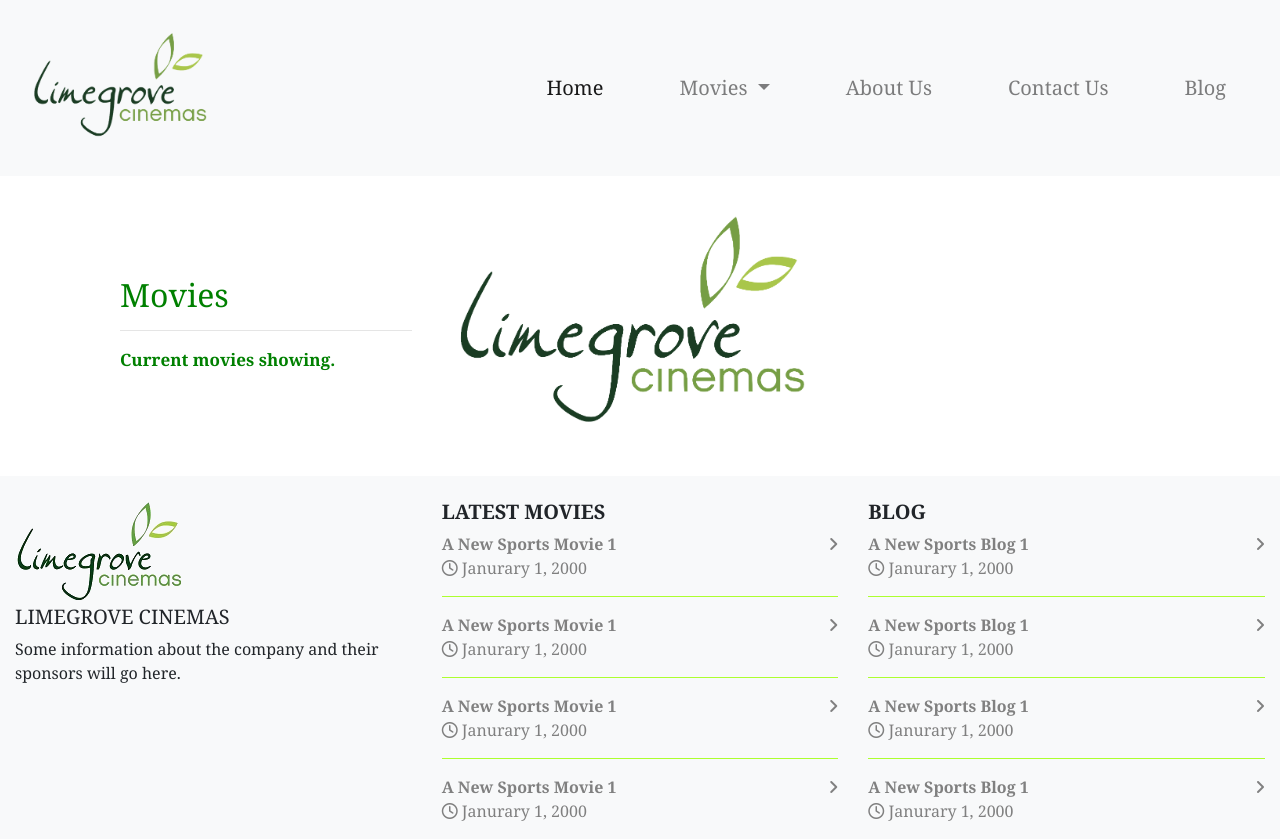
Repository: SimplyZacc/movie-web-template
Page: http://localhost/movie.php
An editor plug-in stored every save of this project. The page is shown before and after the next save, followed by the edit.
The browser window is 1280 px wide. The pictures show the whole page.
Some web libraries are served in a nearby version. The page is run by PHP 8.4 with error messages shown; the project is at /var/www/html/.

Above is the page before, as saved 2020-03-31 13:09:58.

### movie.php
<?php
//set page vars
$title = "Blog";
//include page header
include "templates/header.php";
?>

<div class="container">
    <div class="row">
        <div class="contact-head">
            <div class="contact-head-body">
                <h2>Movies</h2>
                <hr>
                <p>Current movies showing.</p>
            </div>
        </div>
    </div>

    <div class="row">

    </div>
</div>
<?php include "templates/footer.php"; ?>

### templates/header.php
<?php
session_start();
?>
<!DOCTYPE html>
<html lang="en">

<head>
    <meta charset="UTF-8">
    <meta name="viewport" content="width=device-width, initial-scale=1.0">

    <title>
        <?php
        $default_header = "Limegrove Cinemas";
        if (isset($title)) {
            echo "Limegrove Cinemas - " . $title;
        } else {
            echo $default_header;
        }
        ?>
    </title>

    <!-- CSS -->
    <link rel="stylesheet" href="https://stackpath.bootstrapcdn.com/bootstrap/4.4.1/css/bootstrap.min.css" integrity="sha384-Vkoo8x4CGsO3+Hhxv8T/Q5PaXtkKtu6ug5TOeNV6gBiFeWPGFN9MuhOf23Q9Ifjh" crossorigin="anonymous">
    <link rel="stylesheet" href="assets/css/styles.css">
    <link rel="stylesheet" href="movie-web-template/assets/css/styles.css">

    <!-- JavaScript -->
    <script src="https://code.jquery.com/jquery-3.4.1.slim.min.js" integrity="sha384-J6qa4849blE2+poT4WnyKhv5vZF5SrPo0iEjwBvKU7imGFAV0wwj1yYfoRSJoZ+n" crossorigin="anonymous"></script>
    <script src="https://cdn.jsdelivr.net/npm/popper.js@1.16.0/dist/umd/popper.min.js" integrity="sha384-Q6E9RHvbIyZFJoft+2mJbHaEWldlvI9IOYy5n3zV9zzTtmI3UksdQRVvoxMfooAo" crossorigin="anonymous"></script>
    <script src="https://stackpath.bootstrapcdn.com/bootstrap/4.4.1/js/bootstrap.min.js" integrity="sha384-wfSDF2E50Y2D1uUdj0O3uMBJnjuUD4Ih7YwaYd1iqfktj0Uod8GCExl3Og8ifwB6" crossorigin="anonymous"></script>
    <script src="https://kit.fontawesome.com/e9662c41f5.js" crossorigin="anonymous"></script>

</head>

<body>

    <nav class="navbar navbar-expand-lg navbar-light bg-light">
        <button class="navbar-toggler" type="button" data-toggle="collapse" data-target="#navbarSupportedContent" aria-controls="navbarSupportedContent" aria-expanded="false" aria-label="Toggle navigation">
            <i class="fas fa-bars"></i>
        </button>

        <div class="collapse navbar-collapse" id="navbarSupportedContent">
            <ul class="navbar-nav mr-auto">
                <a class="navbar-brand" href="index.php"><img src="assets/images/lgcgreenlogo.png" alt="Cinema Logo" style="width: auto;height: 150px"></a>

            </ul>

            <ul class="navbar-nav navbar-right">

                <li class="nav-item active p-r-10">
                    <a class="nav-link" href="index.php">Home <span class="sr-only">(current)</span></a>
                </li>
                <li class="nav-item dropdown p-r-10">
                    <a class="nav-link dropdown-toggle" href="movie.php" id="navbarDropdown" role="button" data-toggle="dropdown" aria-haspopup="true" aria-expanded="false">
                        Movies
                    </a>
                    <div class="dropdown-menu" aria-labelledby="navbarDropdown">
                        <a class="dropdown-item" href="movie.php">Popular</a>
                        <a class="dropdown-item disabled" href="#">Recently Added</a>
                        <a class="dropdown-item disabled" href="#">Soon Added</a>
                    </div>
                </li>

                <li class="nav-item ">
                    <a class="nav-link" href="aboutus.php">About Us</a>
                </li>

                <li class="nav-item p-r-10">
                    <a class="nav-link" href="contactus.php">Contact Us</a>
                </li>

                <li class="nav-item p-r-10">
                    <a class="nav-link" href="blog.php">Blog</a>
                </li>
            </ul>

        </div>
    </nav>

### templates/footer.php
<footer class="page-footer font-small pt-4 bg-light">

    <div class="container-fluid text-center text-md-left">

        <div class="row">

            <div class="col-md-4 mt-md-0 mt-3">

                <img src="assets/images/lg-nbg.png" alt="">
                <h5 class="text-uppercase">Limegrove Cinemas</h5>
                <p style="height: 100px">Some information about the company and their sponsors will go here.</p>

            </div>

            <hr class="clearfix w-100 d-md-none pb-3">

            <div class="col-md-4 mb-md-0 mb-3">

                <h5 class="text-uppercase bold">Latest Movies</h5>

                <ul class="list-unstyled grey">
                    <li>
                        <a href="#" class="footer-link">A New Sports Movie 1 <span style="float: right"><i class="fas fa-angle-right"></i></span></a>
                        <br>
                        <p><i class="far fa-clock"></i> Janurary 1, 2000</p>
                    </li>
                    <hr style="border-color: greenyellow;">
                    <li>
                        <a href="#" class="footer-link">A New Sports Movie 1 <span style="float: right"><i class="fas fa-angle-right"></i></span></a>
                        <br>
                        <p><i class="far fa-clock"></i> Janurary 1, 2000</p>
                    </li>
                    <hr style="border-color: greenyellow;">
                    <li>
                        <a href="#" class="footer-link">A New Sports Movie 1 <span style="float: right"><i class="fas fa-angle-right"></i></span></a>
                        <br>
                        <p><i class="far fa-clock"></i> Janurary 1, 2000</p>
                    </li>
                    <hr style="border-color: greenyellow;">
                    <li>
                        <a href="#" class="footer-link">A New Sports Movie 1 <span style="float: right"><i class="fas fa-angle-right"></i></span></a>
                        <br>
                        <p><i class="far fa-clock"></i> Janurary 1, 2000</p>
                    </li>
                </ul>

            </div>

            <hr class="clearfix w-100 d-md-none pb-3">

            <div class="col-md-4 mb-md-0 mb-3">

                <h5 class="text-uppercase bold">Blog</h5>

                <ul class="list-unstyled grey">
                    <li>
                        <a href="#" class="footer-link">A New Sports Blog 1 <span style="float: right"><i class="fas fa-angle-right"></i></span></a>
                        <br>
                        <p><i class="far fa-clock"></i> Janurary 1, 2000</p>
                    </li>
                    <hr style="border-color: greenyellow;">
                    <li>
                        <a href="#" class="footer-link">A New Sports Blog 1 <span style="float: right"><i class="fas fa-angle-right"></i></span></a>
                        <br>
                        <p><i class="far fa-clock"></i> Janurary 1, 2000</p>
                    </li>
                    <hr style="border-color: greenyellow;">
                    <li>
                        <a href="#" class="footer-link">A New Sports Blog 1 <span style="float: right"><i class="fas fa-angle-right"></i></span></a>
                        <br>
                        <p><i class="far fa-clock"></i> Janurary 1, 2000</p>
                    </li>
                    <hr style="border-color: greenyellow;">
                    <li>
                        <a href="#" class="footer-link">A New Sports Blog 1 <span style="float: right"><i class="fas fa-angle-right"></i></span></a>
                        <br>
                        <p><i class="far fa-clock"></i> Janurary 1, 2000</p>
                    </li>
                </ul>

            </div>

        </div>

    </div>

</footer>

</body>
</html>

### assets/css/styles.css
* {
    font-family: Cambria, Cochin, Georgia, Times, 'Times New Roman', serif;
}

.dropdown:hover>.dropdown-menu {
    display: block;
}

.bold {
    font-weight: bold;
}

.center {
    text-align: center;
}

.hr {
    border-color: whitesmoke;
}

.grey {
    color: grey;
}

.margin-t-20 {
    margin-top: 20px;
}

.margin-b-20 {
    margin-bottom: 20px;
}

.footer-link {
    font-weight: bold;
    text-decoration: none;
    color: grey;
}

.footer-link:hover {
    text-decoration: none;
    color: #13df13;
    transition-duration: 0.5s;
}

.navbar-nav>li {
    padding-left: 30px;
    padding-right: 30px;
    font-size: 20px;
}

/****************************************** Contact Us Page ******************************************/

.contact-head {
    height: 300px;
    width: 100%;
    background-image: url('/assets/images/lgcgreenlogo.png');
    background-position-x: center;
    background-repeat: no-repeat;
    background-size: contain;
}

.contact-head-body {
    font-weight: bold;
    font-size: 17px;
    color: green;
    width: 30%;
    padding-left: 50px;
    padding-top: 100px;
}

.contact-body {
    height: 700px;
    background-color: rgb(241, 241, 241);
}

.contact-body-sub {
    width: 90%;
    margin-left: auto;
    margin-right: auto;
}

.contact-right {
    float: right;
    width: 35%;
}

.contact-left {
    float: left;
    width: 65%;
}

.contact-card {
    margin-top: 30px;
}

.contact-form-info {
    margin-top: 30px;
    background-color: white;
    width: 80%;
}


.contact-form-info2 {
    padding-left: 30px;
}

.contact-form-text {
    padding-top: 10px;
}

.contact-form-button {
    margin-top: 20px;
    margin-bottom: 30px;
}

.contact-form-input {
    width: 80%;
    border: none;
    outline: none;
    border-bottom: 2px solid grey;
    background-color: transparent;
    cursor: default;
}

.contact-form-input:hover {
    border-bottom: 2px solid #13df13;
    transition-duration: 0.5s;
}

.contact-form-textbox {
    width: 80%;
    height: 200px;
    border: none;
    outline: none;
    border-bottom: 2px solid grey;
    background-color: transparent;
    cursor: default;
}

.contact-form-textbox:hover {
    border-bottom: 2px solid #13df13;
    transition-duration: 0.5s;
}


/****************************************** About Us Page ******************************************/

.about-body-inside {
    width: 80%;
    margin-left: auto;
    margin-right: auto;
}


/****************************************** Blog Page ******************************************/

.poster {
    border-radius: 50px;
    background-color: rgb(216, 216, 216);
    height: auto;
    width: 100%;
}

.poster-img {
    border-radius: 50px;
    margin-top: 10px;
    margin-bottom: 10px;
    width: 90% !important;
    height: 200px;
}

.blog-title {
    color: rgb(77, 75, 75);
    font-weight: bold;
    font-family: Arial, Helvetica, sans-serif;
    font-size: 22px;
}

.poster-txt {
    margin-left: 10px;
    margin-right: 10px;
}

.blog-info {
    font-size: 20px;
}

.blog-text {
    margin-top: 10px;
    margin-bottom: 10px;
    color: rgb(129, 129, 129);
    font-family: Arial, Helvetica, sans-serif;
}

.blog-button {
    width: 80%;
    height: 30px;
    margin-top: 10px;
    margin-bottom: 20px;
    border-radius: 50px;
    margin-left: auto;
    margin-right: auto;
    border: none;
    color: black;
}

.blog-button:hover {
    transition-duration: 1s;
    background-color: #13df13;
    color: white;
}

/****************************************** Blog Post Page ******************************************/

.blog-post {
    width: 100%;
    margin-bottom: 20px;
    margin-top: 20px;
}

.blog-post-img {
    width: 90%;
    height: auto;
    margin: auto;
    text-align: center;
}

.blog-post-header {
    width: 90%;
    text-align: center;
    margin: auto;
    font-weight: bolder;
    color: rgb(77, 75, 75);
    font-family: Arial, Helvetica, sans-serif;
}

.blog-post-info {
    text-align: center;
    width: 90%;
    margin: auto;
    color: rgb(129, 129, 129);
    font-family: Arial, Helvetica, sans-serif;
}

.blog-button2 {
    width: 80%;
    height: 30px;
    margin-top: 10px;
    margin-bottom: 20px;
    border-radius: 50px;
    border: none;
    color: black;
}

.blog-button2:hover {
    transition-duration: 1s;
    background-color: #13df13;
    color: white;
}

After the next save:
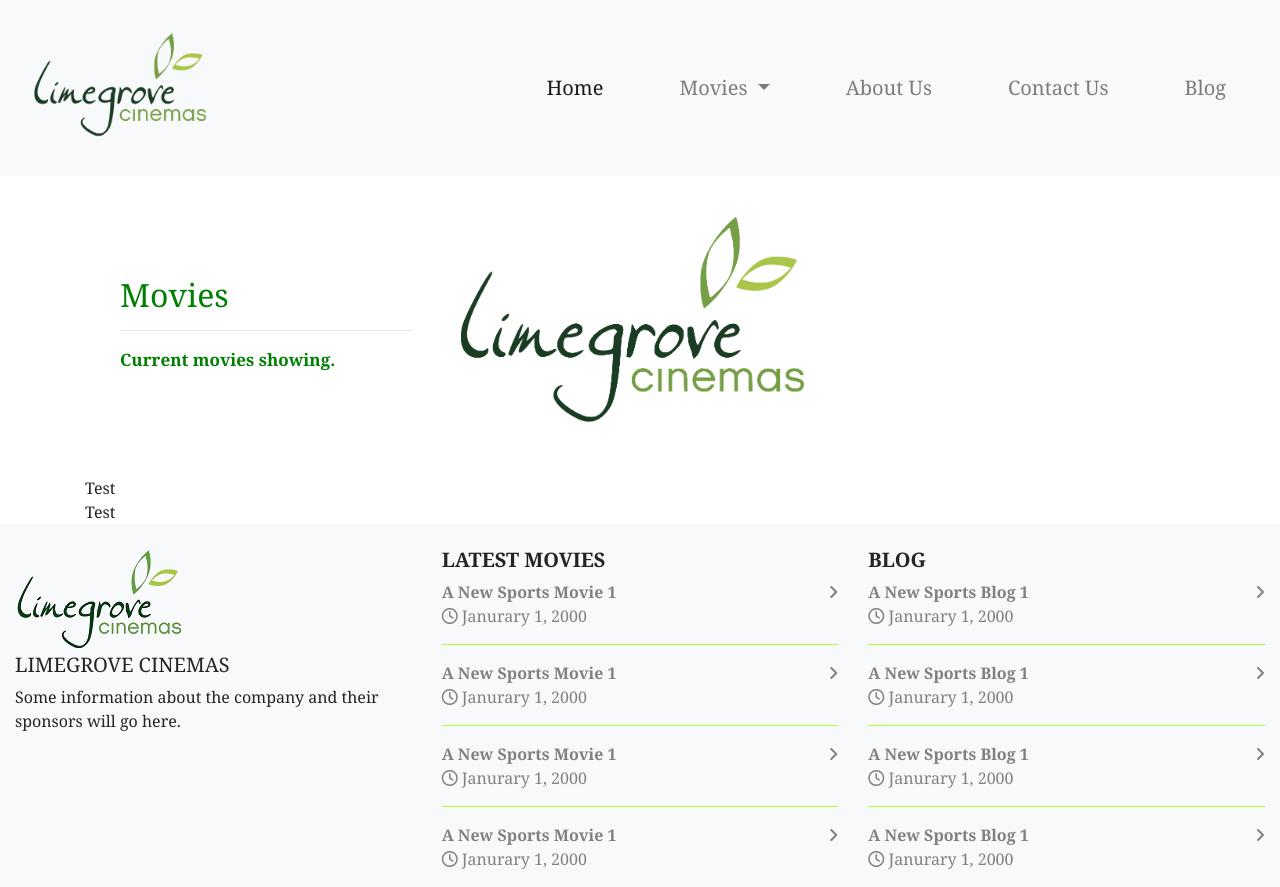
Saved 22 h 6 min later.
--- a/movie.php
+++ b/movie.php
@@ -17,7 +17,8 @@
     </div>
 
     <div class="row">
-
+    <div class="col-sm-12">Test</div>
+    <div class="col-sm-12">Test</div>
     </div>
 </div>
 <?php include "templates/footer.php"; ?>

After the 2 saves that followed:
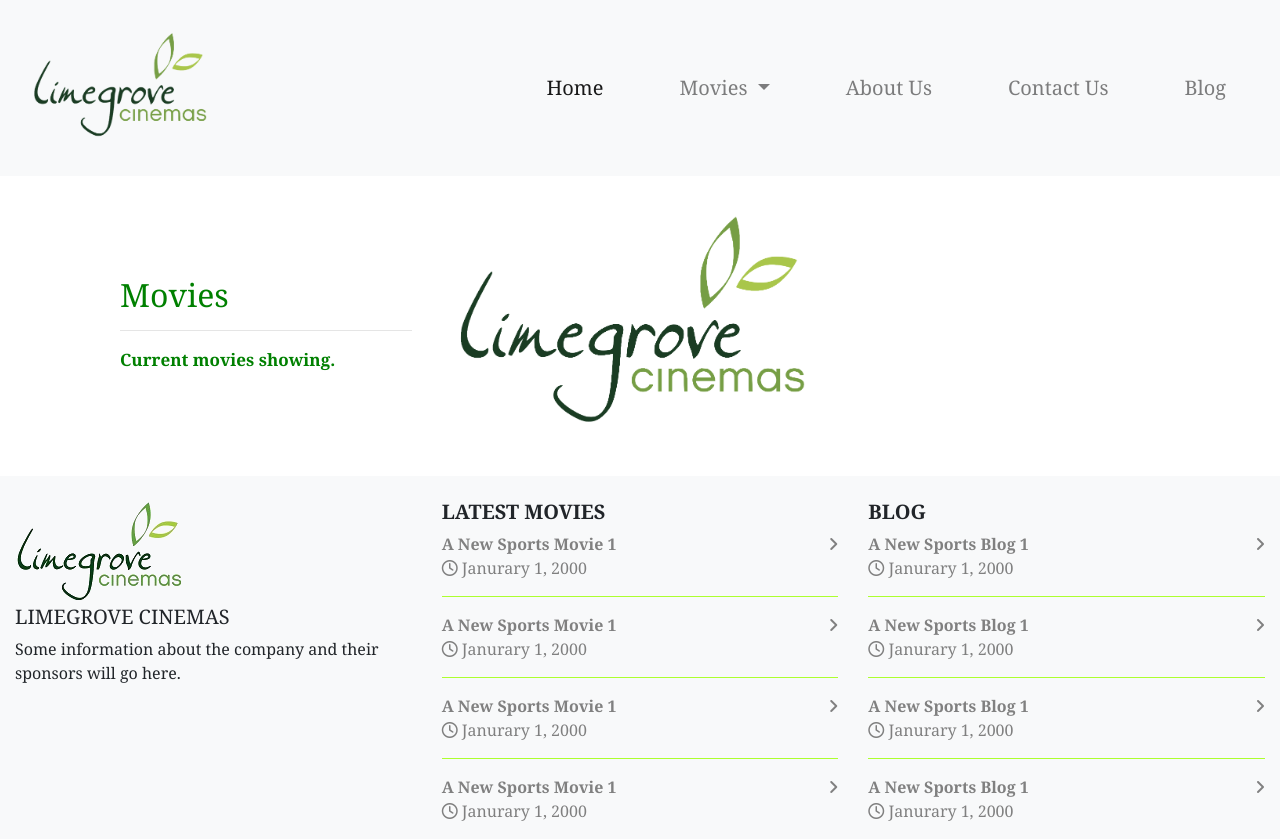
The 2 saves are shown as one change because 1 left the picture as it was.
The last was saved 33 s later.
--- a/movie.php
+++ b/movie.php
@@ -15,10 +15,5 @@
             </div>
         </div>
     </div>
-
-    <div class="row">
-    <div class="col-sm-12">Test</div>
-    <div class="col-sm-12">Test</div>
-    </div>
 </div>
 <?php include "templates/footer.php"; ?>
